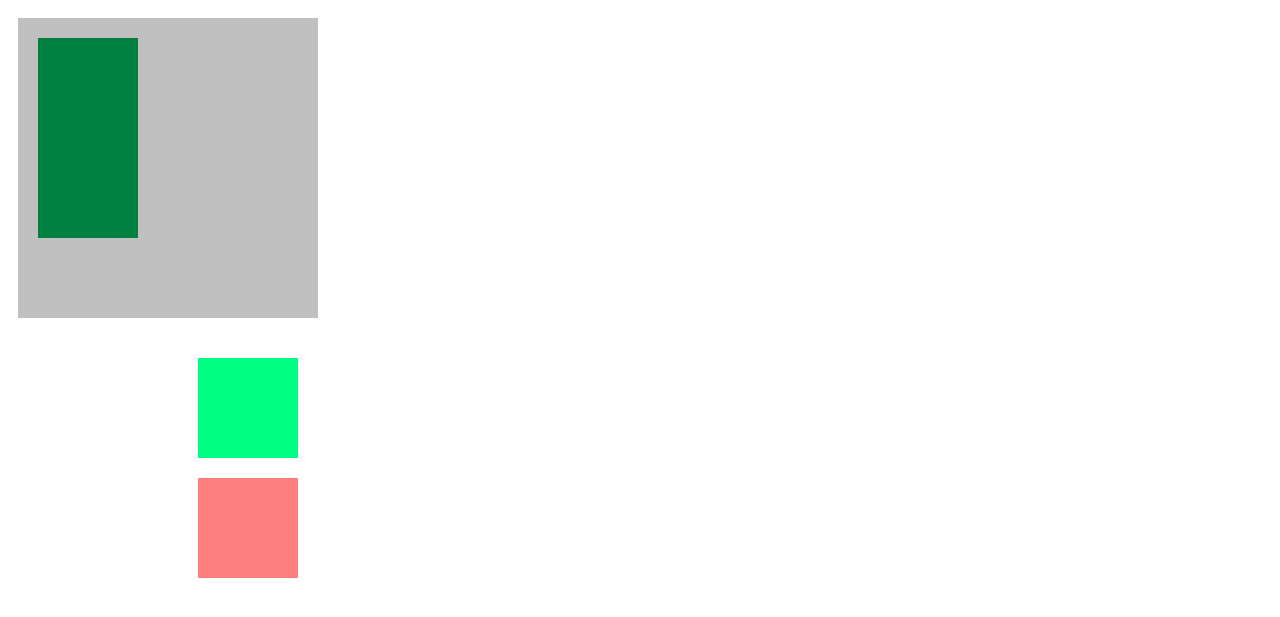
Repository: BaekJiGyeong/JSP_web
Page: http://localhost/Article/
These files come from the project's save history. The page is drawn as it stood at one moment and after the next save; the edit follows.
The browser window is 1280 px wide. The pictures show the whole page.
The page is served by Tomcat 9.

Above is the page before, as saved 2016-03-03 10:22:15.

After the next save:
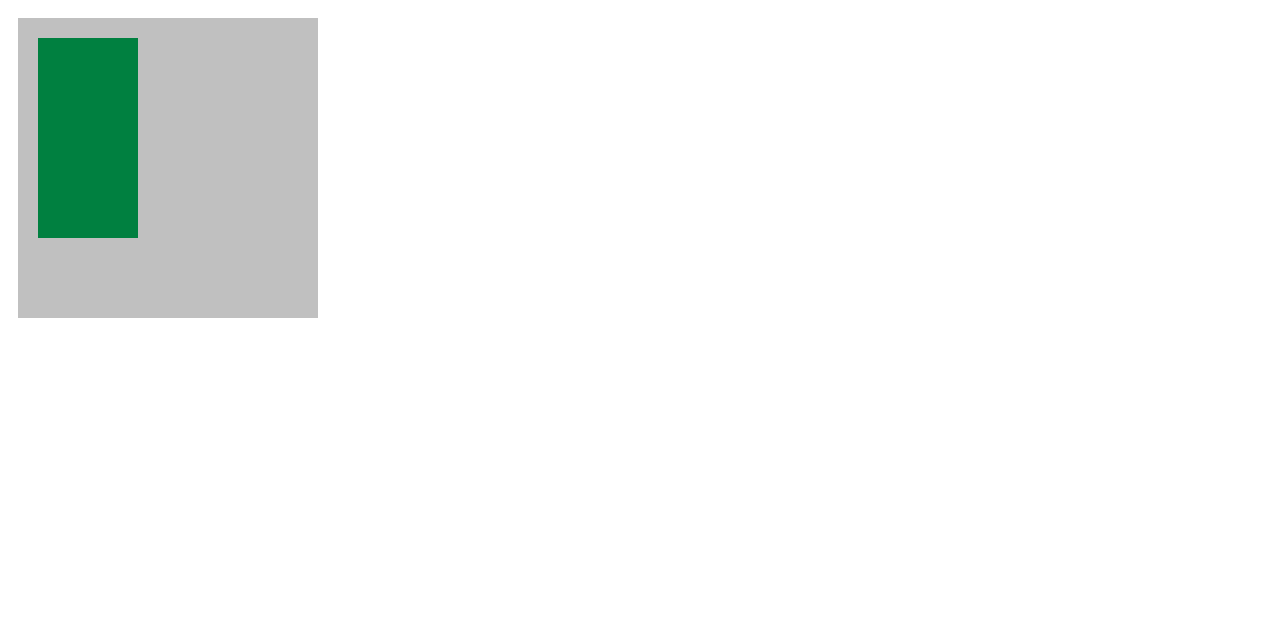
Saved 26 s later.
--- a/Article/WebContent/WEB-INF/view/common/project2.jsp
+++ b/Article/WebContent/WEB-INF/view/common/project2.jsp
@@ -14,12 +14,6 @@
 		<div id="col1row1">
 		</div>
 	</div>
-	<div id="col2">
-		<div id="col2row1">
-		</div>
-		<div id="col2row2">
-		</div>
-	</div>
 
 
 

After the save that followed:
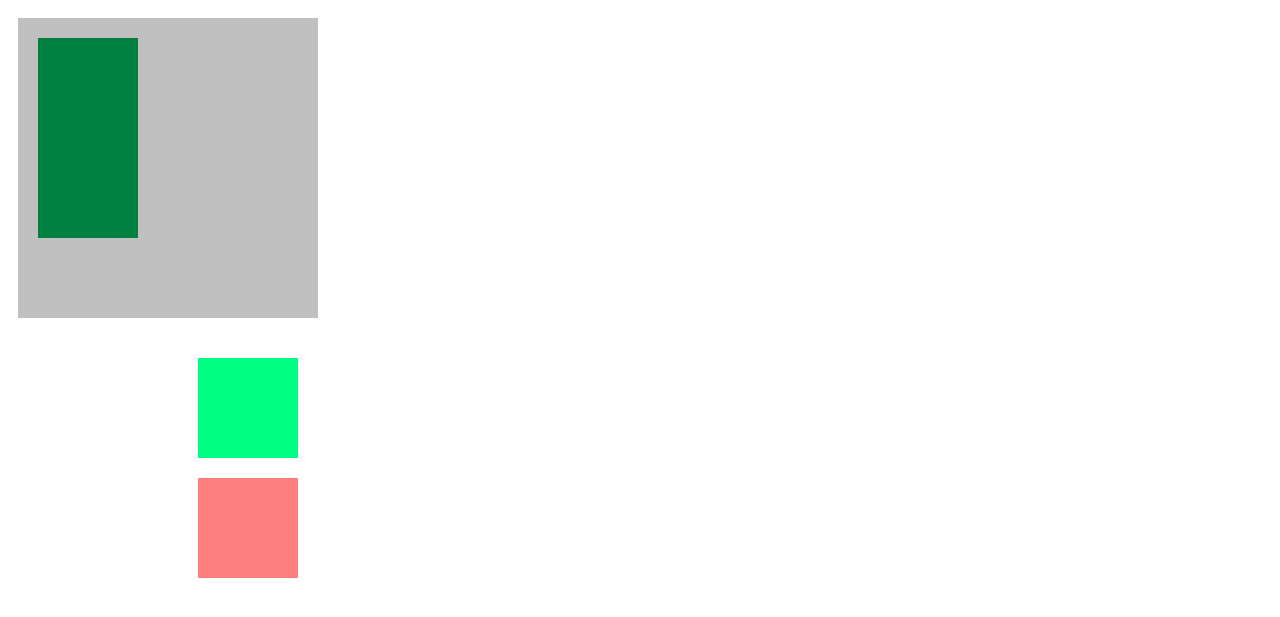
Saved 7 s later.
--- a/Article/WebContent/WEB-INF/view/common/project2.jsp
+++ b/Article/WebContent/WEB-INF/view/common/project2.jsp
@@ -14,6 +14,12 @@
 		<div id="col1row1">
 		</div>
 	</div>
+	<div id="col2">
+		<div id="col2row1">
+		</div>
+		<div id="col2row2">
+		</div>
+	</div>
 
 
 
